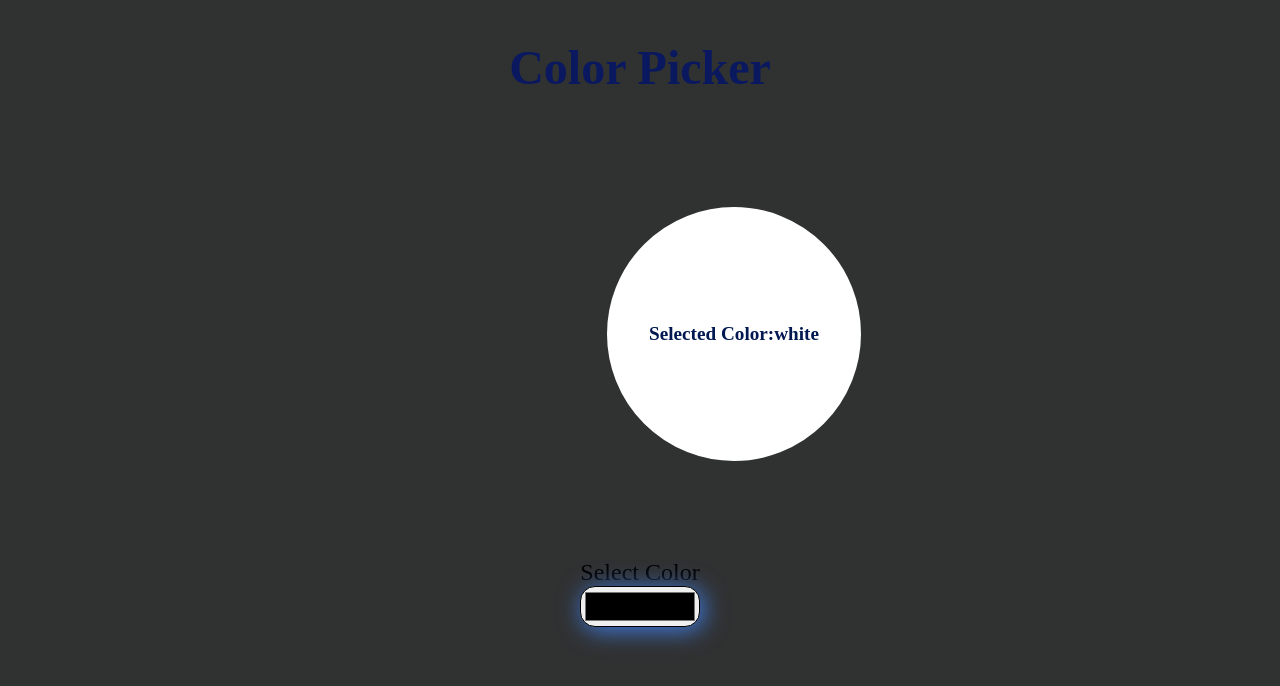
Repository: rkrukshan/Color-Picker--React-
Page: /
An editor plug-in stored every save of this project. The page is shown before and after a run of saves, followed by the edit.
The browser window is 1280 px wide. The pictures show the whole page.
The project was rebuilt for these pictures with package versions that can differ from the ones it lists, and the page was loaded fresh each time. Also part of the build but not shown: vite.config.js.

Above is the page before, as saved 2024-07-21 19:01:32.

After the next 3 saves:
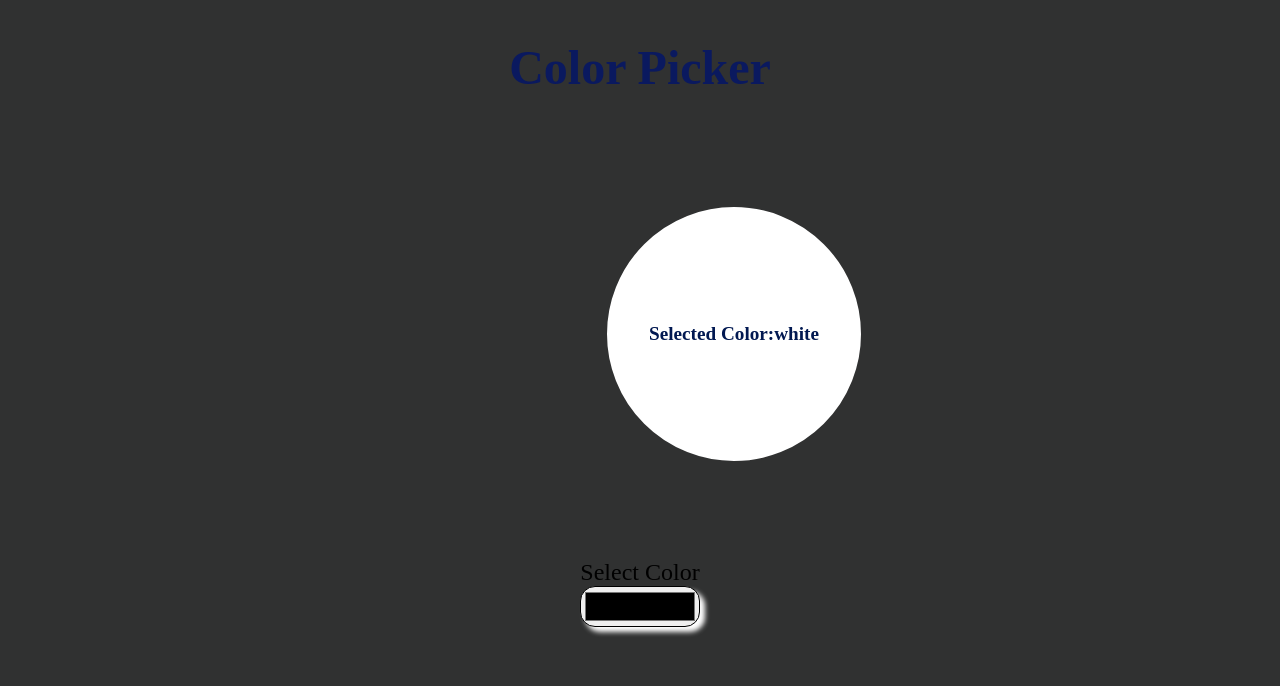
The 3 saves are shown as one change because they came seconds apart.
The last was saved 9 s later.
--- a/src/index.css
+++ b/src/index.css
@@ -39,5 +39,5 @@
   border-radius:15px;
   box-shadow: 3px 3px 25px rgb(65, 127, 234);
   transition: 11s;
-  box-shadow:
+  box-shadow:5px 5px 5px white
 }

After the 4 saves that followed:
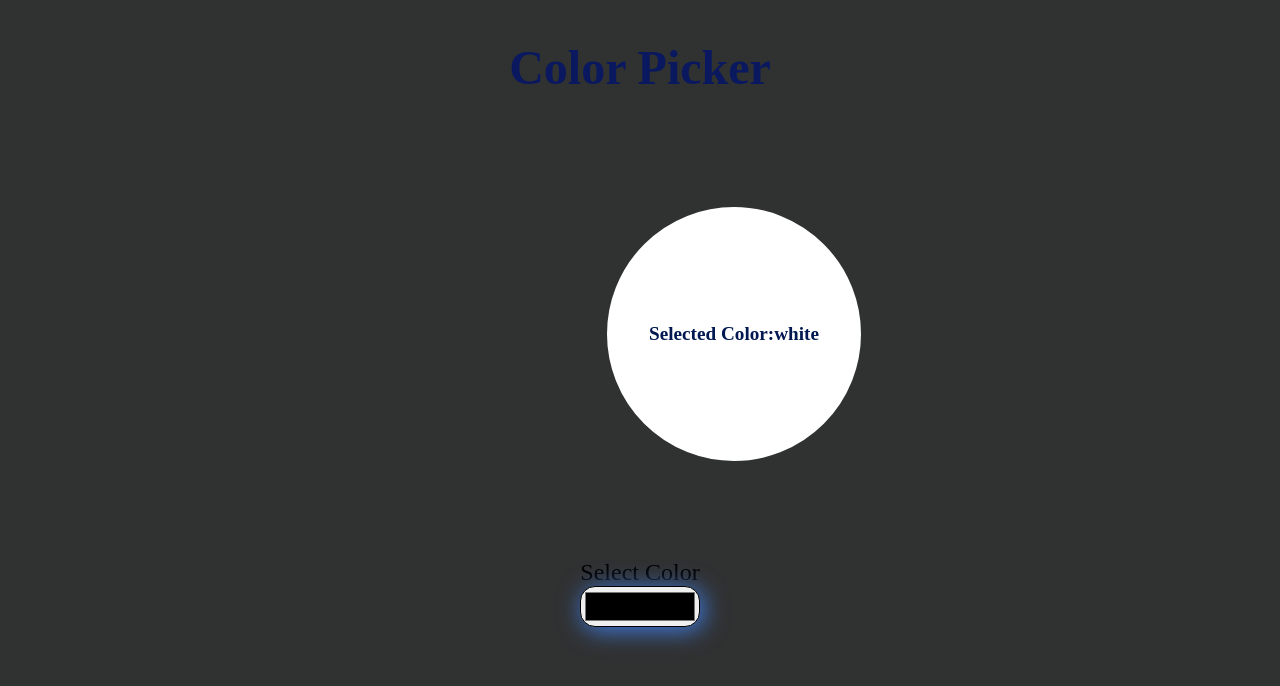
The 4 saves are shown as one change because 2 left the picture as it was and some came seconds apart.
The last was saved 22 s later.
--- a/src/index.css
+++ b/src/index.css
@@ -39,5 +39,4 @@
   border-radius:15px;
   box-shadow: 3px 3px 25px rgb(65, 127, 234);
   transition: 11s;
-  box-shadow:5px 5px 5px white
 }
